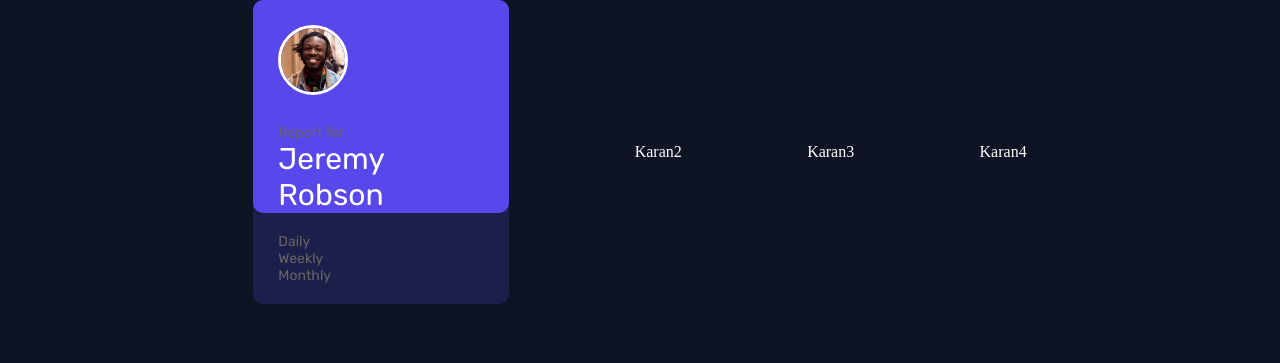
Repository: karanjain71/css-practice
Page: time-tracking-dashboard-main/index.html
The author's editor kept a copy of each file at every save. The page is drawn from the files as they stood at one save, then again after the next save.
The browser window is 1280 px wide. The pictures show the whole page.

Above is the page before, as saved 2022-01-30 19:02:39.

### time-tracking-dashboard-main/index.html
<!DOCTYPE html>
<html lang="en">
<head>
  <meta charset="UTF-8">
  <meta name="viewport" content="width=device-width, initial-scale=1.0"> <!-- displays site properly based on user's device -->

  <link rel="icon" type="image/png" sizes="32x32" href="./images/favicon-32x32.png">
  <link href='https://fonts.googleapis.com/css?family=Rubik' rel='stylesheet'>

  <title>Frontend Mentor | Time tracking dashboard</title>
  <link rel="stylesheet" href="styles.css">
</head>
<body>
  <div class="cards">
    <div class="card1">
      <div class="card1-bigger">
        <div class="card1-smaller">
          <img src="images/image-jeremy.png" alt="">
          <p>Report for</p>
          <p class="name">Jeremy</p>
          <p class="name">Robson</p>
        </div>
      </div>
      <div class="card1-timeline">
        <p>Daily</p>
        <p>Weekly</p>
        <p>Monthly</p>
      </div>
    </div>
    <div class="card21">
      Karan2
    </div>
    <div class="card31">
      Karan3
    </div>
    <div class="card41">
      Karan4
    </div>
  </div>
</body>
</html>

### time-tracking-dashboard-main/styles.css
*{
    margin: 0;
    padding: 0;
    /* - Blue: hsl(246, 80%, 60%)

- Light red (work): hsl(15, 100%, 70%)
- Soft blue (play): hsl(195, 74%, 62%)
- Light red (study): hsl(348, 100%, 68%)
- Lime green (exercise): hsl(145, 58%, 55%)
- Violet (social): hsl(264, 64%, 52%)
- Soft orange (self care): hsl(43, 84%, 65%)

### Neutral

- Very dark blue: hsl(226, 43%, 10%)
- Dark blue: hsl(235, 46%, 20%)
- Desaturated blue: hsl(235, 45%, 61%)
- Pale Blue: hsl(236, 100%, 87%) */
}
body{
    background-color: hsl(226, 43%, 10%)
}

.cards{
    display: flex;
    color: white;
    width: 80%;
    margin: auto;
    justify-content: space-evenly;
    align-items: center;
}
.card1{
    width: 25%;
    background-color: hsl(235, 46%, 20%);
    border-radius: 10px;
}
img{
    width: 25%;
    height: 25%;
    object-fit: contain;
    border: 3px white solid;
    border-radius: 100%;
    margin: 25px;
}
.card1-bigger {
    background-color: hsl(246, 80%, 60%);
    /* padding: 100px; */
    border-radius: 10px;
}

p {
    padding-left: 25px;
    /* padding-bottom: 10px; */
    font-family: "Rubik";
    font-weight: 300;
    color: #666;
    font-size: 14px;

}
.card1-timeline {
    padding: 20px 0;
}
.name{
    font-size: 30px;
    color: white;
}

After the next save:
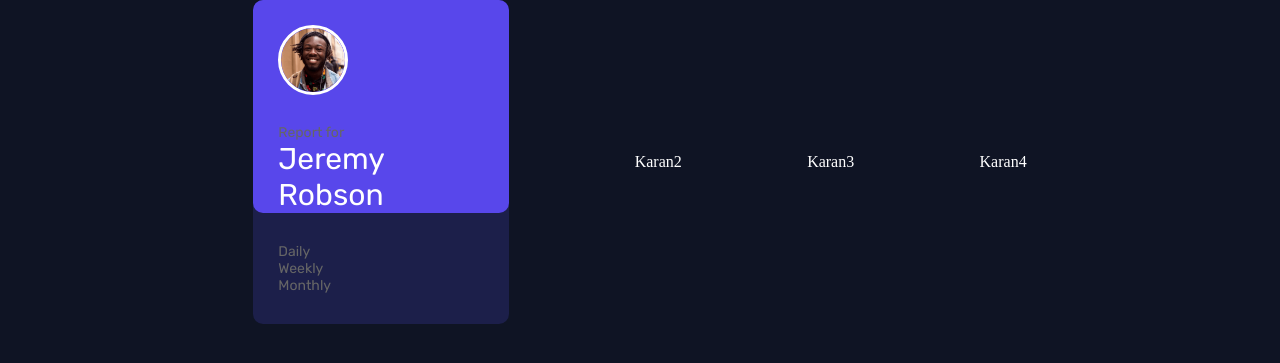
Saved 4 s later.
--- a/time-tracking-dashboard-main/styles.css
+++ b/time-tracking-dashboard-main/styles.css
@@ -58,7 +58,7 @@
 
 }
 .card1-timeline {
-    padding: 20px 0;
+    padding: 30px 0;
 }
 .name{
     font-size: 30px;
